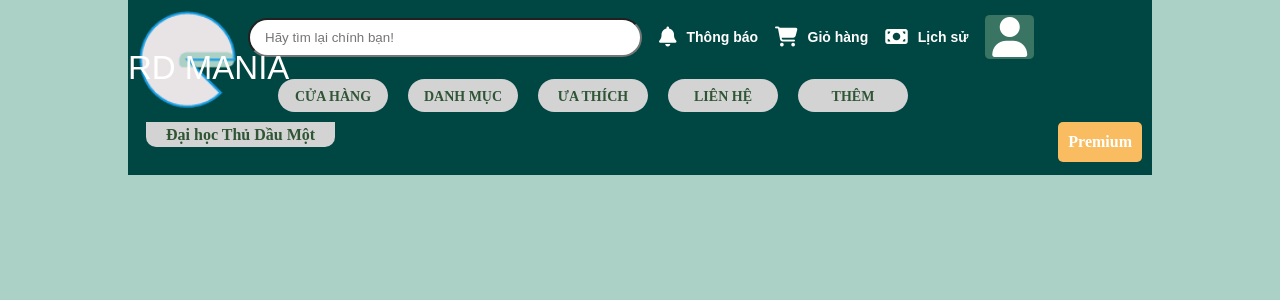
Repository: BinhTeach/rdmania
Page: Html/main.html
The author's editor kept a copy of each file at every save. The page is drawn from the files as they stood at one save, then again after the next save.
The browser window is 1280 px wide. The pictures show the whole page.
Some web fonts or font styles are not loaded; a fallback is used. Some web libraries are served in a nearby version.

Above is the page before, as saved 2024-03-01 00:40:34.

### Html/main.html
<!DOCTYPE html>
<html lang="en">
<head>
    <meta charset="UTF-8">
    <meta name="viewport" content="width=device-width, initial-scale=1.0">
    <title>RDMania Store</title>
    <link rel="stylesheet" href="../Css/styles.css">
    <script src="https://kit.fontawesome.com/45c2fe20a1.js" crossorigin="anonymous"></script>
    <link rel="shortcut icon" type="image/png" href="../Image/logo.png">
    <script src="../Script/main.js"></script>
    <link href="https://fonts.cdnfonts.com/css/algeria" rel="stylesheet">
</head>
<body>
     <div id="header">
          <div class="header--container">
               <img onclick="appearMenu()" src="../Image/logo.png" alt="">
               <div class="header__title--logo">RD MANIA</div>
               <nav>
                    <ul class="header__nav header__nav--up">
                         <li>
                              <input class="header__nav--find" type="text" placeholder="Hãy tìm lại chính bạn!">
                         </li>
                         <li class="header__nav--icon"><i class="fa-solid fa-bell"></i></li>
                         <li class="header__nav--titleSymbol">Thông báo</li>
                         <li class="header__nav--icon"><i class="fa-solid fa-cart-shopping"></i></i></li>
                         <li class="header__nav--titleSymbol">Giỏ hàng</li>
                         <li class="header__nav--icon " name="history-bill"><i class="fa-solid fa-money-bill"></i></li>
                         <li class="header__nav--titleSymbol">Lịch sử</li>
                         <li class="header__nav--icon fa-user--up" name='user'><i class="fa-solid fa-user"></i></li>
                    </ul>
                    <ul class="header__nav--center">
                         <li class="header__nav--menu"><a href="">Cửa hàng</a></li>
                         <li onClick="sideBar_appear()" class="header__nav--menu"><a href="">Danh mục</a>
                              <div id="sideBar__hidden">
                                   <details class="sideBar__Menu">
                                        <summary>Thắt lưng Rider</summary>
                                        <ul class="sideBar__dropList">
                                             <li class="siedeBar__dropList--sub"><a href="">Dx</a></li>
                                             <li class="siedeBar__dropList--sub"><a href="">Csm</a></li>
                                        </ul>
                                   </details>
                         `    </div>
                         </li>
                         <li class="header__nav--menu"><a href="">Ưa thích</a></li>
                         <li class="header__nav--menu"><a href="">Liên hệ</a></li>
                         <li class="header__nav--menu"><a href="">Thêm</a></li>
                    </ul>
               </nav>
          </div>
          <ul class="header__nav--down">
               <li class="header__nav--address">Đại học Thủ Dầu Một</li>
               <li class="header__nav--premium">Premium</li>
          </ul>
     </div>
</body>
<script>
     var bl = false;
     window.addEventListener('load', function(){
          if(innerWidth < 768 && bl === false){
               appearMenu();
               bl = true;
          }
          window.addEventListener('resize', function(){
               if(innerWidth < 768 && bl === false){
               appearMenu();
               bl = true;
          }
          })

     })
     function appearMenu() {
  var parentElement = document.getElementsByClassName('header--container')[0];
  var newDiv = document.createElement('div');
  parentElement.appendChild(newDiv);
  newDiv.classList.add('iconMenu');
  newDiv.innerHTML = '&#9776;';
  newDiv.id = "newMenu";
  newDiv.addEventListener('click', clickMenu);
  document.documentElement.style.setProperty('--set-Width', window.innerWidth + 'px');
     var element = document.getElementsByClassName('header__nav--icon')[0];
     }
function clickMenu() {
  let clickMenu = document.getElementsByClassName('header__nav--icon');
  for(let element of clickMenu){
     element.style.display = 'block';
  }
  let noneMenu = document.getElementsByClassName('iconMenu')[0];
  noneMenu.style.display ='none';
  let userUp = document.getElementsByClassName('header__nav--icon')[3];
  userUp.classList.add('fa-user--up');
}
function sideBar_appear(){
     var appear = document.getElementById('sideBar__hidden');
     appear.removeAttribute("display");
}

</script>
</html>

### Css/styles.css
*{
    margin:0px;
    padding: 0px;
}
@import url('https://fonts.cdnfonts.com/css/algeria');
ul{
    list-style: none;
}
@media screen and (max-width: 767.89px) {
    .header--container img{
        margin-left:-5px;
    }
    .header__title--logo{
        position: absolute;
        top:25px;
        left:110px;
    }
    nav ul li{
        display:none;
    }

    .header__nav--icon{
        margin-top: 70px;
    }
    #header{
        margin-top:10px;
        height: 130px;
        display:flex;
        flex-direction: column;
        align-items: start;
    }
    .header__nav--up{
        height: 100px;
        width: 100%;
        display: none;
    }
    .header__nav--down{
        position:absolute;
        flex-direction: start;
        top: 160px;
        align-items: center;
    }
    .header__nav--down li{
        margin-left: 15px;
        margin-top: -7px;
    }
    .header__nav--down li:nth-child(2){
        margin-left: 50px;
    }
    .header__nav--up{
        position: fixed;
        left:110px;
        top:5px;
    }
    .fa-user--up{
        position:fixed;
        top: -50px;
        right: 5px;
        font-size: 100px;
    }
    .header__nav--premium{
        position: fixed;
        right:0;
        top:130px;
    }
    .header__nav--address{
        border-radius:10px;
        position: absolute;
        top:-10px;
        left: 20px;
        white-space:nowrap;
    }
}
.iconMenu{
    font-size: 30px;
    color:white;
    display: flex;
    padding-top: 5px;
    align-items: center;
    cursor:pointer;
    position: absolute;
    left: 300px;
    top: 58px;
}
@media screen and (min-width: 768px) and (max-width:1023.98px) {
    #header{
        max-width: 100vw;
    }
    .header--container img{
        margin-left:10px;
        margin-top:30px;
        position: relative;
        left:0;
        top:15px;
    }
    .header__title--logo{
        margin-top: 10px;
        white-space: wrap;
        text-wrap: wrap;
        flex:0.5;
    }
    nav{
        justify-content: end;
        margin-top:20px;
        flex:2;
    }
    .fa-user--up{
        position: fixed;
        margin-right: 5px;
        font-size: 100px;
        right:0;
    }
    .header__nav--premium{
        margin-top: 0px;
    }
    .header__nav--address{
        margin-top:10px;
        border-top-right-radius:10px;
    }
    nav ul.header__nav--up li input,.header__nav--menu:nth-child(3), .header__nav--menu:nth-child(5){
        display:none;
    }
    .header__nav--icon, .header__nav--menu{
        margin-left: 20px;
    }
    .iconMenu{
        display: none;
    }
}
@media screen and (min-width: 1024px) {
    .iconMenu{
        display: none;
    }
}
body{
    background-color: #ABD1C6;
    color: #fffffe;
}

#header{
    position:fixed;
    top:0;
    left: 0;
    right: 0;
    margin: 0 auto;
    width: 1024px;
    background-color: #004643;
    height: 175px;
}
.header--container{
    display: flex;
}
.header--container img{
    border-radius: 100%;
    margin-left: 10px;
    margin-top: 10px;
    width: 100px;
    height: 100px;
}
nav{
    display:flex;
    flex-direction: column;
    margin-le
}
.header__title--logo{
    font-family: 'Algeria', sans-serif;
    align-self: center;
    font-size: 33px;
    text-align: center;
    padding-top: 15px;
    line-height: 1.05;
    white-space: wrap;
    position: absolute;
    left: 0;
}
.header__nav{
    display:flex;
    flex-direction: row;
    padding: 5px;
    align-items: center;
}
.header__nav--up{
    padding-top:10px;
}
.header__nav>li{
    padding:5px;
    text-wrap:nowrap;
}
.header__nav li:nth-child(even){
    padding-left: 12px;
}
.header__nav--find{
    border-radius: 30px;
    flex: 1;
    width: 390px;
    height: 35px;
}
.header__nav--find::placeholder{
    padding-left: 15px;
    font-family: Arial, Helvetica, sans-serif;
}
.header__nav--icon{
    font-size:20px;
    cursor:pointer;
}
.header__nav--titleSymbol{
    font-family: Arial, Helvetica, sans-serif;
    font-size: 14px;
    cursor:pointer;
    font-weight: 700;
}
.fa-user{
    font-size: 40px;
    background-color: #3a7463;
    padding: 2px 7px;
    border-radius: 10%;
}
.header__nav--center{
    display:flex;
}

.header__nav--menu:nth-child(1){
    margin-left: 40px;
}
.header__nav--menu a{
    text-decoration: none;
    text-transform: uppercase;
    font-size: 14px;
    font-weight: 600;
    color: #2f5535;
    display: flex;
    align-items: center;
    justify-content: center;
    position: relative;
}

.header__nav--down{
    display:flex;
    justify-content: space-between;
}
.header__nav--address{
    padding: 0 20px;
    border-bottom-left-radius: 10px;
    border-bottom-right-radius: 10px;
    background-color: #D3D3D3;
    color:#2f5535;
    height: 25px;
    display: flex;
    align-items: center;
    font-weight: 600;
    margin-left: 18px;
}
.header__nav--premium{
    height:40px;
    background-color: #F9BC60;
    color: #fffffe;
    font-weight: 600;
    margin-right:10px;
    padding:0 10px;
    display:flex;
    align-items: center;
    justify-content: center;
    border-radius: 5px;
    cursor:cell;
}
.header__nav--menu{
    padding: 0 15px;
    padding-top: 10px;
    border-radius: 30px;
    background-color:#D3D3D3;
    width: 80px;
    height: 23px;
    text-align:center;
    margin:10px;

}
.header__nav--menu:nth-child(2){
    position: relative;
}
#sideBar__appear{
    display:block;
}
#sideBar__hidden{
    display:none;
    position: absolute;
}
.sideBar__Menu{

}
.sideBar__dropList{

}
.siedeBar__dropList--sub{

}

### Script/main.js
var S = 'xin chào bạn';
S.slice(4);
console.log(S.charAt(2, 5));

After the next save:
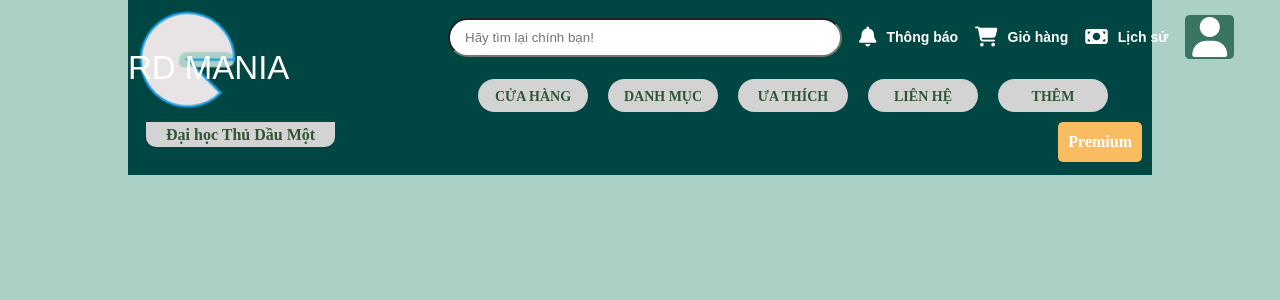
Saved 4 s later.
--- a/Css/styles.css
+++ b/Css/styles.css
@@ -160,7 +160,7 @@ body{
 nav{
     display:flex;
     flex-direction: column;
-    margin-le
+    margin-left:200px;
 }
 .header__title--logo{
     font-family: 'Algeria', sans-serif;
